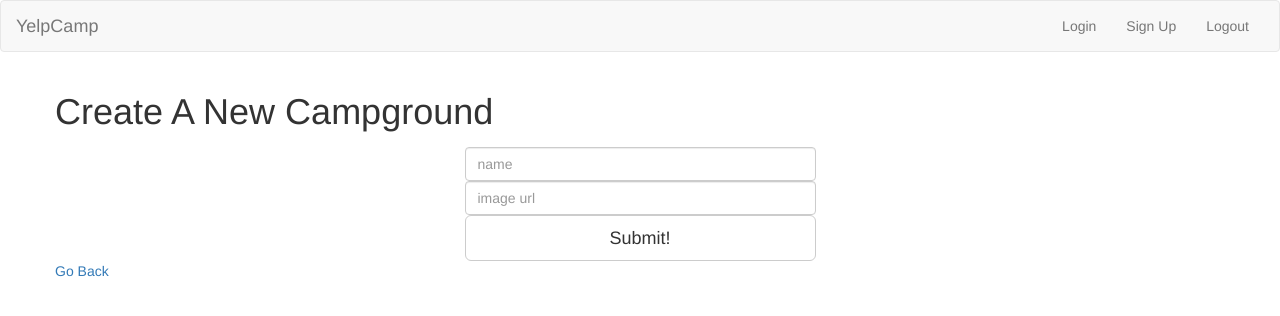
Repository: demioke/web-development-bootcamp
Page: http://localhost/campgrounds/new
The author's editor kept a record of every edit. The page is drawn from the files as they stood at one moment, then again after the next edit.
The browser window is 1280 px wide. The pictures show the whole page.
The page is served by the project's Node server (YelpCamp/v1/app.js).

Above is the page before.

### YelpCamp/v1/views/new.ejs
<% include partials/header %>

<div class="container">
    <div class="row">
        <h1>Create A New Campground</h1>
        <div style="width: 30%; margin: 0 auto;">
            <form action="/campgrounds" method="POST">
                <div class="form-group">

                </div>
                <div class="form-group">

                </div>
                <div class="form-group">

                </div>
                <input class="form-control" type="text" name="name" placeholder="name">
                <input class="form-control" type="text" name="image" placeholder="image url">
                <button class="btn btn-lg btn-default btn-block">Submit!</button>
            </form>
        </div>

        <a href="/campgrounds">Go Back</a>
    </div>
</div>


<% include partials/footer %>

### YelpCamp/v1/views/partials/header.ejs
<!DOCTYPE html>
<html>
    <head>
        <title>YelpCamp</title>
        <link rel="stylesheet" href="https://stackpath.bootstrapcdn.com/bootstrap/3.3.5/css/bootstrap.min.css">
    </head>
    <body>

    <nav class="navbar navbar-default">
        <div class="container-fluid">
            <div class="navbar-header">
                <a class="navbar-brand" href="/">YelpCamp</a>
            </div>
            <div class="collapse navbar-collapse">
                <ul class="nav navbar-nav navbar-right">
                    <li><a href="/">Login</a></li>
                    <li><a href="/">Sign Up</a></li>
                    <li><a href="/">Logout</a></li>
                </ul>
            </div>
        </div>
    </nav>

### YelpCamp/v1/views/partials/footer.ejs
     </body>
</html>

### YelpCamp/v1/app.js
var express = require("express");
var app = express();
var bodyParser = require("body-parser");

app.use(bodyParser.urlencoded({extended: true}));
app.set("view engine", "ejs");

var campgrounds = [
        {name: "Salmon Creek", image:"https://farm9.staticflickr.com/8041/7930201874_6c17ed670a.jpg"},
        {name: "Granite Hill", image:"https://farm8.staticflickr.com/7205/7121863467_eb0aa64193.jpg"},
        {name: "Mountain Goat's Rest", image:"https://pixabay.com/get/e83db50929f0033ed1584d05fb1d4e97e07ee3d21cac104497f9c67eafe4b1be_340.jpg"}
];

app.get("/", function(req, res) {
    res.render("landing");
});

app.get("/campgrounds", function(req, res) {
    res.render("campgrounds", {campgrounds: campgrounds});
});

app.post("/campgrounds", function(req, res) {
    //get data from form and add to campgrounds array
    var name = req.body.name;  //body-parser allows us to obtain the body req as an object. ".name" is the name attr in form on new.ejs
    var image = req.body.image;
    var newCampground = {name: name, image: image}; //creating new campground object
    campgrounds.push(newCampground); //adding new campground to campgrounds array
    //redirect back to campgrounds page
    res.redirect("/campgrounds"); //redirects as get request
});

app.get("/campgrounds/new", function(req, res) {
    res.render("new.ejs"); //form for adding new campgrounds
});




app.listen(process.env.PORT, process.env.IP, function() {
    console.log("The YelpCamp Server has started");
});

After the next edit:
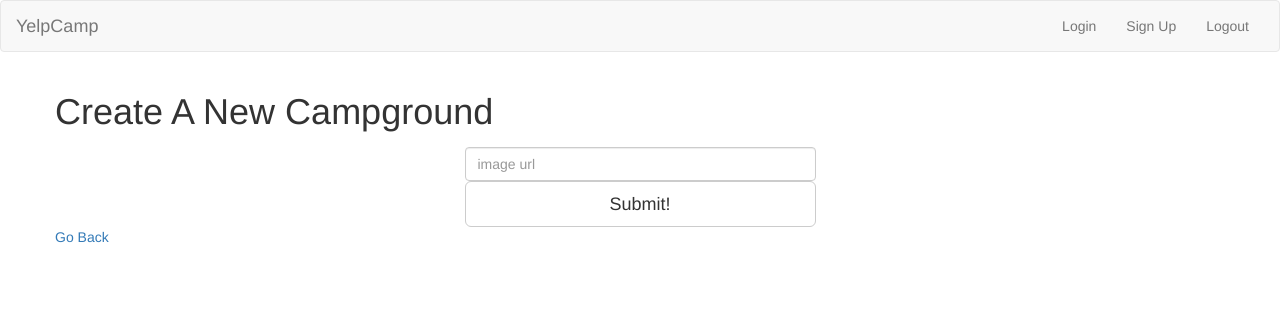
The edit:
--- a/YelpCamp/v1/views/new.ejs
+++ b/YelpCamp/v1/views/new.ejs
@@ -14,7 +14,7 @@
                 <div class="form-group">
 
                 </div>
-                <input class="form-control" type="text" name="name" placeholder="name">
+
                 <input class="form-control" type="text" name="image" placeholder="image url">
                 <button class="btn btn-lg btn-default btn-block">Submit!</button>
             </form>
